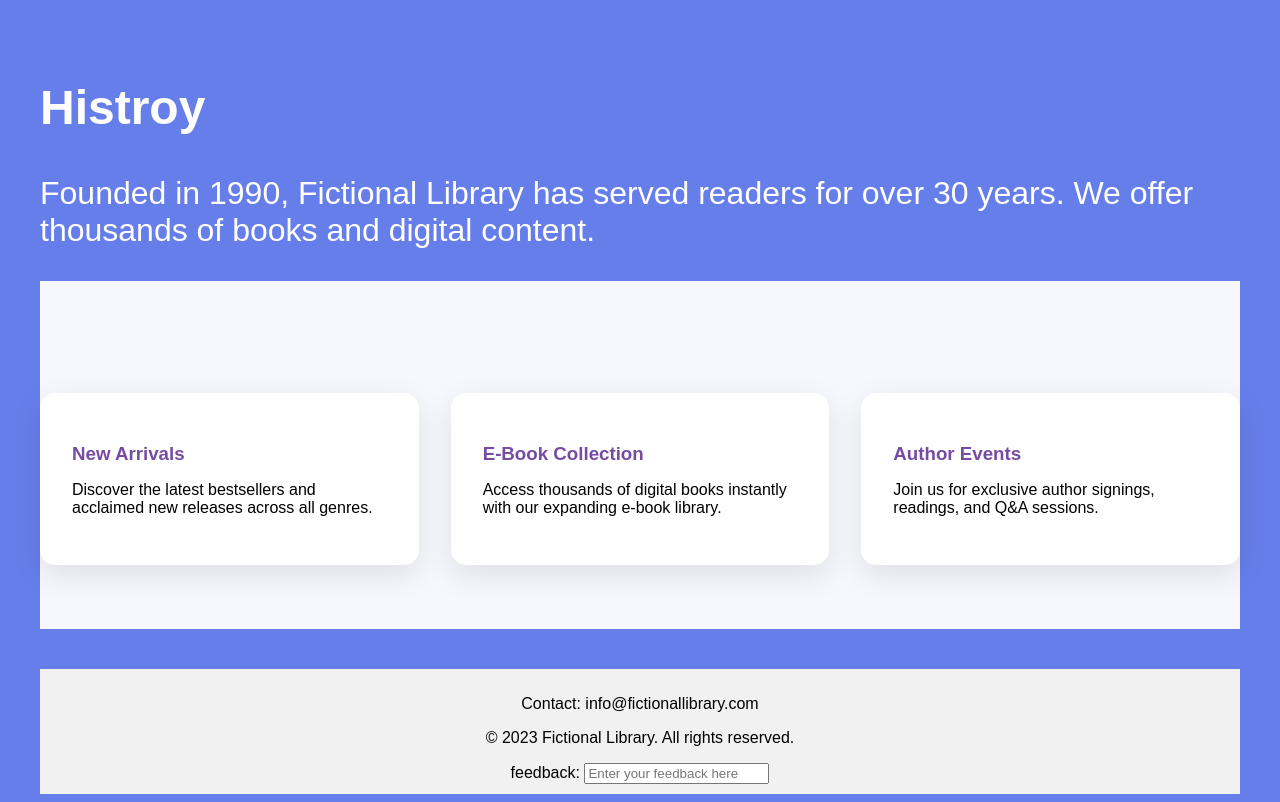
Repository: Ibrahim-Abohola/BookStore
Page: Homepage.html
The author's editor kept a copy of each file at every save. The page is drawn from the files as they stood at one save, then again after the next save.
The browser window is 1280 px wide. The pictures show the part of the page from y = 252 to 1133 px (the page is 1054 px tall before and 1133 px after).

Above is the page before, as saved 2025-07-16 00:54:37.

After the next save:
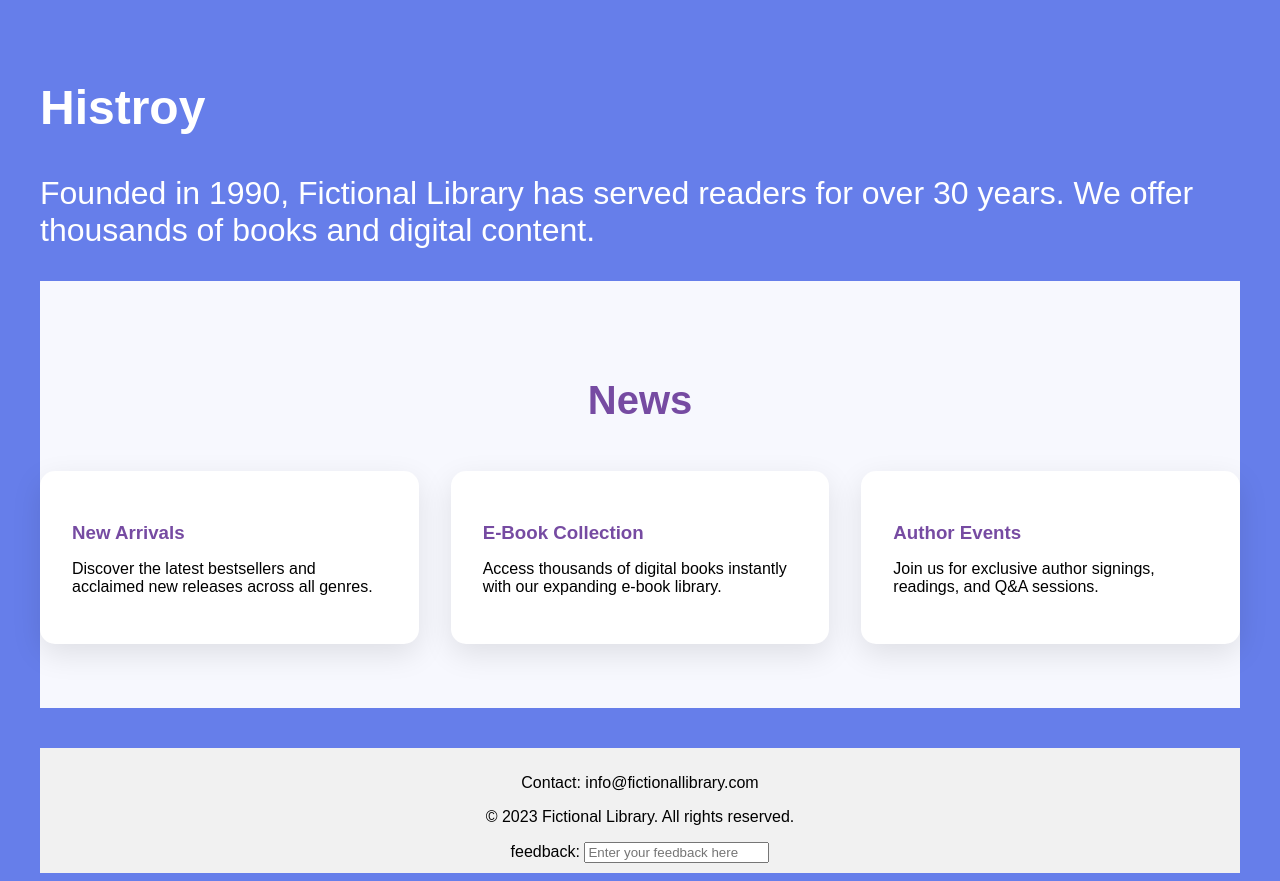
Saved 6 s later.
--- a/Homepage.html
+++ b/Homepage.html
@@ -26,7 +26,7 @@
                     <p>Founded in 1990, Fictional Library has served readers for over 30 years. We offer thousands of books and digital content.</p>
         </section>
         <section class = "highlights">
-            <h2></h2>
+            <h2>News </h2>
             <div class="highlight-grid">
                     <div class="highlight-card">
                         <h3>New Arrivals</h3>
